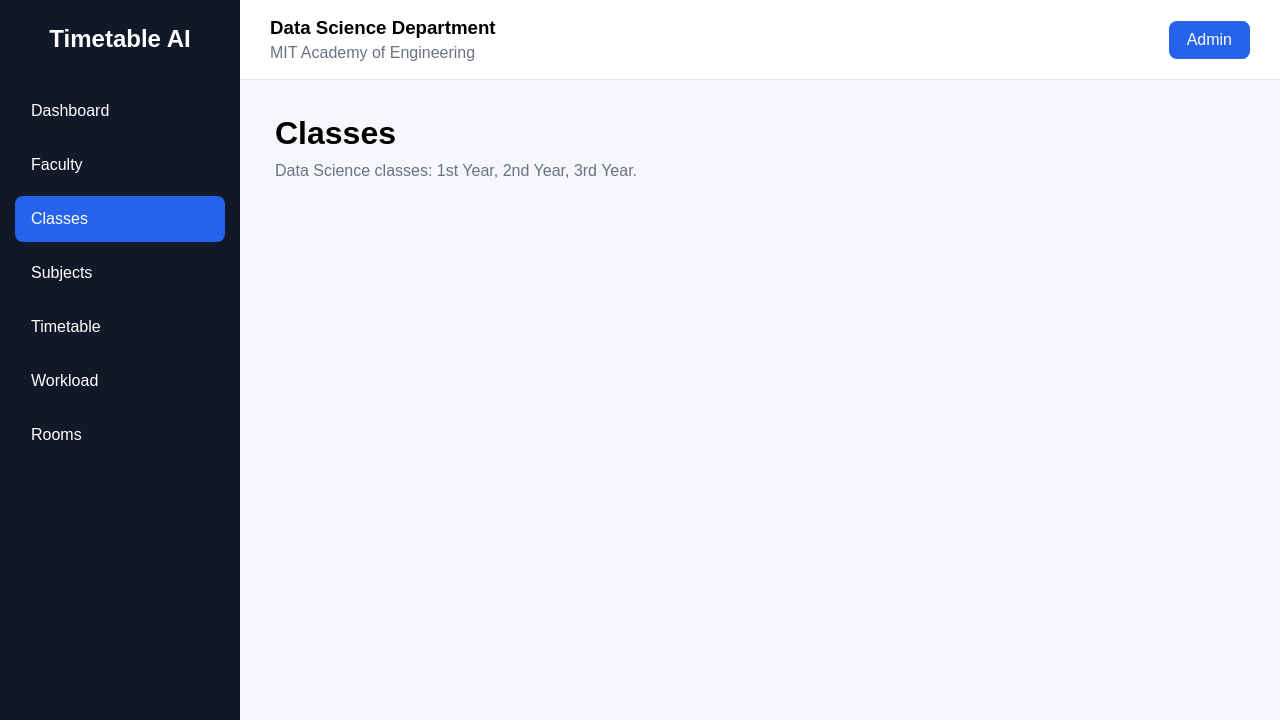
Repository: palak-surana/Intelligent-Timetable-System
Page: /classes (app in frontend/)
These files come from the project's save history. The page is drawn as it stood at one moment and after the next save; the edit follows.
The browser window is 1280 px wide. The pictures show the whole page.
The project was rebuilt for these pictures with package versions that can differ from the ones it lists, and the page was loaded fresh each time. Also part of the build but not shown: frontend/vite.config.js, frontend/src/pages/Dashboard.jsx, frontend/src/pages/Faculty.jsx, frontend/src/pages/Subjects.jsx, frontend/src/pages/Timetable.jsx, frontend/src/pages/Workload.jsx, frontend/src/pages/Rooms.jsx.

Above is the page before, as saved 2026-08-15 22:38:56.

### frontend/src/index.css
* {
  margin: 0;
  padding: 0;
  box-sizing: border-box;
}

body {
  font-family: Arial, sans-serif;
  background: #f5f7fb;
}

.app {
  display: flex;
  min-height: 100vh;
}

.sidebar {
  width: 240px;
  min-height: 100vh;
  background: #111827;
  color: white;
  padding: 25px 15px;
}

.sidebar h2 {
  text-align: center;
  margin-bottom: 35px;
}

.nav-item {
  padding: 14px 16px;
  margin-bottom: 8px;
  border-radius: 8px;
  cursor: pointer;
}

.nav-item:hover,
.nav-item.active {
  background: #2563eb;
}

.main {
  flex: 1;
}

.navbar {
  height: 80px;
  background: white;
  padding: 15px 30px;
  display: flex;
  justify-content: space-between;
  align-items: center;
  border-bottom: 1px solid #e5e7eb;
}

.navbar h3 {
  margin-bottom: 5px;
}

.navbar p {
  color: #6b7280;
}

.admin {
  background: #2563eb;
  color: white;
  padding: 10px 18px;
  border-radius: 8px;
}

.dashboard {
  padding: 35px;
}

.dashboard h1 {
  margin-bottom: 8px;
}

.welcome {
  color: #6b7280;
  margin-bottom: 30px;
}

.stats {
  display: grid;
  grid-template-columns: repeat(4, 1fr);
  gap: 20px;
}

.card {
  background: white;
  padding: 25px;
  border-radius: 12px;
  box-shadow: 0 2px 10px rgba(0, 0, 0, 0.05);
}

.card h2 {
  font-size: 32px;
  margin-bottom: 8px;
}

.card p {
  color: #6b7280;
}

.department-card {
  background: white;
  margin-top: 30px;
  padding: 25px;
  border-radius: 12px;
}

.classes {
  display: flex;
  gap: 20px;
  margin-top: 20px;
}

.classes div {
  flex: 1;
  padding: 25px;
  background: #f3f4f6;
  border-radius: 10px;
  text-align: center;
  font-weight: bold;
}

/* Sidebar links */
.nav-item {
  display: block;
  color: white;
  text-decoration: none;
  padding: 14px 16px;
  margin-bottom: 8px;
  border-radius: 8px;
  cursor: pointer;
}

.nav-item:hover {
  background: #2563eb;
}

.nav-item.active {
  background: #2563eb;
}

/* Page content */
.page {
  padding: 35px;
}

.page h1 {
  margin-bottom: 10px;
}

.page p {
  color: #6b7280;
}

.page-header {
  display: flex;
  justify-content: space-between;
  align-items: center;
  margin-bottom: 30px;
}

.page-header h1 {
  margin-bottom: 8px;
}

.primary-button,
.save-button {
  border: none;
  background: #2563eb;
  color: white;
  padding: 12px 20px;
  border-radius: 8px;
  cursor: pointer;
  font-size: 15px;
  font-weight: 600;
}

.primary-button:hover,
.save-button:hover {
  background: #1d4ed8;
}

.faculty-form {
  background: white;
  padding: 25px;
  border-radius: 12px;
  margin-bottom: 30px;
  box-shadow: 0 2px 10px rgba(0, 0, 0, 0.05);
}

.faculty-form h2 {
  margin-bottom: 20px;
}

.form-grid {
  display: grid;
  grid-template-columns: repeat(2, 1fr);
  gap: 15px;
  margin-bottom: 20px;
}

.form-grid input,
.form-grid select {
  padding: 12px;
  border: 1px solid #d1d5db;
  border-radius: 7px;
  font-size: 14px;
  outline: none;
}

.form-grid input:focus,
.form-grid select:focus {
  border-color: #2563eb;
}

.faculty-summary {
  display: grid;
  grid-template-columns: repeat(4, 1fr);
  gap: 20px;
  margin-bottom: 30px;
}

.summary-card {
  background: white;
  padding: 22px;
  border-radius: 12px;
  display: flex;
  flex-direction: column;
  gap: 8px;
  box-shadow: 0 2px 10px rgba(0, 0, 0, 0.05);
}

.summary-card span {
  color: #6b7280;
}

.summary-card strong {
  font-size: 28px;
}

.faculty-table {
  background: white;
  border-radius: 12px;
  overflow: hidden;
  box-shadow: 0 2px 10px rgba(0, 0, 0, 0.05);
}

.table-header {
  display: grid;
  grid-template-columns: 1fr 2fr 1.5fr 1fr 1fr;
  padding: 18px 20px;
  background: #f3f4f6;
  font-weight: 600;
}

.empty-state {
  text-align: center;
  padding: 60px 20px;
}

.empty-state h3 {
  margin-bottom: 8px;
}

.empty-state p {
  color: #6b7280;
}
.table-row {
  display: grid;
  grid-template-columns: 1fr 2fr 1.5fr 1fr 1fr;
  align-items: center;
  padding: 18px 20px;
  border-top: 1px solid #e5e7eb;
}

.table-row small {
  display: block;
  color: #6b7280;
  margin-top: 4px;
}

.delete-button {
  width: fit-content;
  border: none;
  background: #dc2626;
  color: white;
  padding: 8px 14px;
  border-radius: 6px;
  cursor: pointer;
}

.delete-button:hover {
  background: #b91c1c;
}

### frontend/src/App.jsx
import { BrowserRouter, Routes, Route } from "react-router-dom";

import Sidebar from "./components/Sidebar";
import Navbar from "./components/Navbar";

import Dashboard from "./pages/Dashboard";
import Faculty from "./pages/Faculty";
import Classes from "./pages/Classes";
import Subjects from "./pages/Subjects";
import Timetable from "./pages/Timetable";
import Workload from "./pages/Workload";
import Rooms from "./pages/Rooms";

function App() {
  return (
    <BrowserRouter>
      <div className="app">
        <Sidebar />

        <div className="main">
          <Navbar />

          <Routes>
            <Route path="/" element={<Dashboard />} />
            <Route path="/faculty" element={<Faculty />} />
            <Route path="/classes" element={<Classes />} />
            <Route path="/subjects" element={<Subjects />} />
            <Route path="/timetable" element={<Timetable />} />
            <Route path="/workload" element={<Workload />} />
            <Route path="/rooms" element={<Rooms />} />
          </Routes>
        </div>
      </div>
    </BrowserRouter>
  );
}

export default App;

### frontend/src/components/Sidebar.jsx
import { NavLink } from "react-router-dom";

function Sidebar() {
  return (
    <aside className="sidebar">
      <h2>Timetable AI</h2>

      <nav>
        <NavLink
          to="/"
          className={({ isActive }) =>
            isActive ? "nav-item active" : "nav-item"
          }
        >
          Dashboard
        </NavLink>

        <NavLink
          to="/faculty"
          className={({ isActive }) =>
            isActive ? "nav-item active" : "nav-item"
          }
        >
          Faculty
        </NavLink>

        <NavLink
          to="/classes"
          className={({ isActive }) =>
            isActive ? "nav-item active" : "nav-item"
          }
        >
          Classes
        </NavLink>

        <NavLink
          to="/subjects"
          className={({ isActive }) =>
            isActive ? "nav-item active" : "nav-item"
          }
        >
          Subjects
        </NavLink>

        <NavLink
          to="/timetable"
          className={({ isActive }) =>
            isActive ? "nav-item active" : "nav-item"
          }
        >
          Timetable
        </NavLink>

        <NavLink
          to="/workload"
          className={({ isActive }) =>
            isActive ? "nav-item active" : "nav-item"
          }
        >
          Workload
        </NavLink>

        <NavLink
          to="/rooms"
          className={({ isActive }) =>
            isActive ? "nav-item active" : "nav-item"
          }
        >
          Rooms
        </NavLink>
      </nav>
    </aside>
  );
}

export default Sidebar;

### frontend/src/components/Navbar.jsx
function Navbar() {
  return (
    <header className="navbar">
      <div>
        <h3>Data Science Department</h3>
        <p>MIT Academy of Engineering</p>
      </div>

      <div className="admin">
        Admin
      </div>
    </header>
  );
}

export default Navbar;

### frontend/src/pages/Classes.jsx
function Classes() {
  return (
    <main className="page">
      <h1>Classes</h1>
      <p>Data Science classes: 1st Year, 2nd Year, 3rd Year.</p>
    </main>
  );
}

export default Classes;

Loaded but not shown: frontend/src/main.jsx (common file)

After the next save:
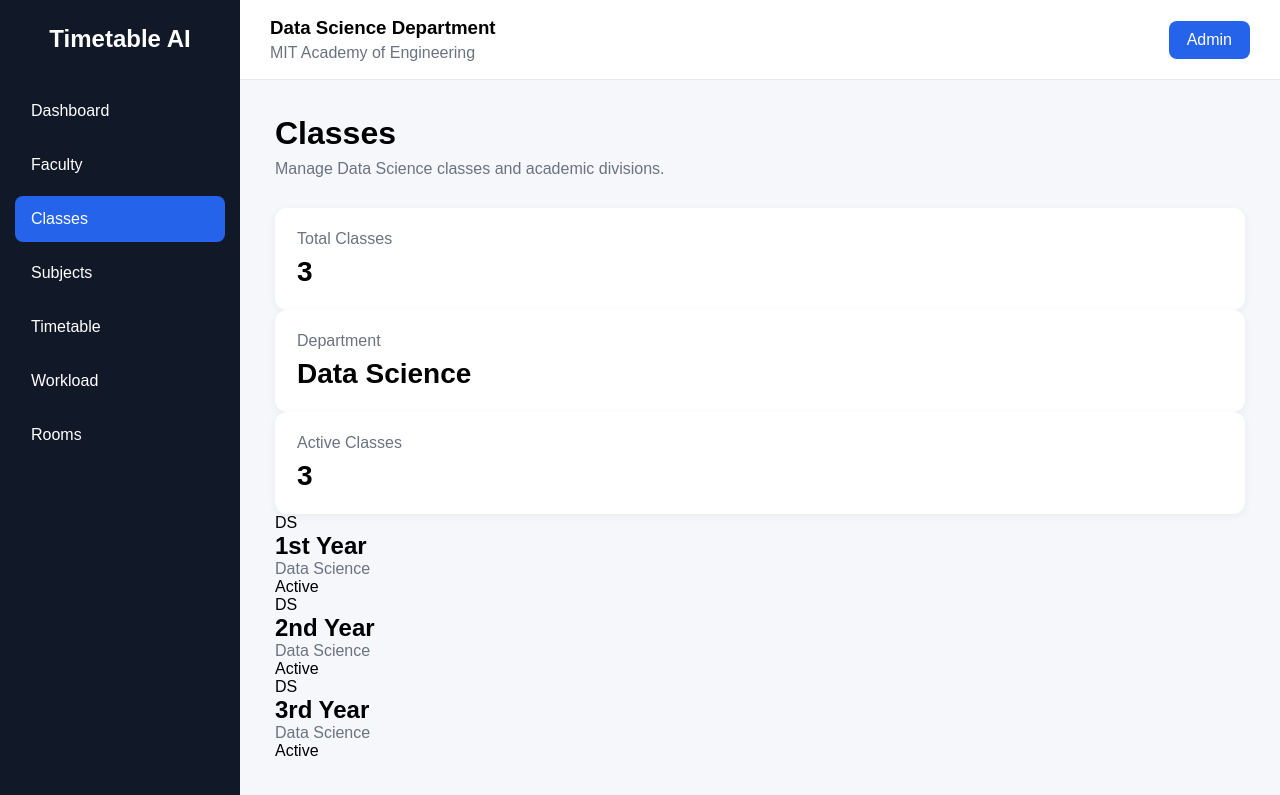
Saved 2 min 43 s later.
--- a/frontend/src/pages/Classes.jsx
+++ b/frontend/src/pages/Classes.jsx
@@ -1,8 +1,74 @@
 function Classes() {
+  const classes = [
+    {
+      year: "1st Year",
+      department: "Data Science",
+      status: "Active",
+    },
+    {
+      year: "2nd Year",
+      department: "Data Science",
+      status: "Active",
+    },
+    {
+      year: "3rd Year",
+      department: "Data Science",
+      status: "Active",
+    },
+  ];
+
   return (
     <main className="page">
-      <h1>Classes</h1>
-      <p>Data Science classes: 1st Year, 2nd Year, 3rd Year.</p>
+
+      <div className="page-header">
+        <div>
+          <h1>Classes</h1>
+          <p>
+            Manage Data Science classes and academic divisions.
+          </p>
+        </div>
+      </div>
+
+      <div className="class-summary">
+        <div className="summary-card">
+          <span>Total Classes</span>
+          <strong>{classes.length}</strong>
+        </div>
+
+        <div className="summary-card">
+          <span>Department</span>
+          <strong>Data Science</strong>
+        </div>
+
+        <div className="summary-card">
+          <span>Active Classes</span>
+          <strong>{classes.length}</strong>
+        </div>
+      </div>
+
+      <div className="class-grid">
+
+        {classes.map((item) => (
+          <div className="class-card" key={item.year}>
+
+            <div className="class-icon">
+              DS
+            </div>
+
+            <div>
+              <h2>{item.year}</h2>
+              <p>{item.department}</p>
+            </div>
+
+            <span className="status">
+              {item.status}
+            </span>
+
+          </div>
+        ))}
+
+      </div>
+
     </main>
   );
 }
